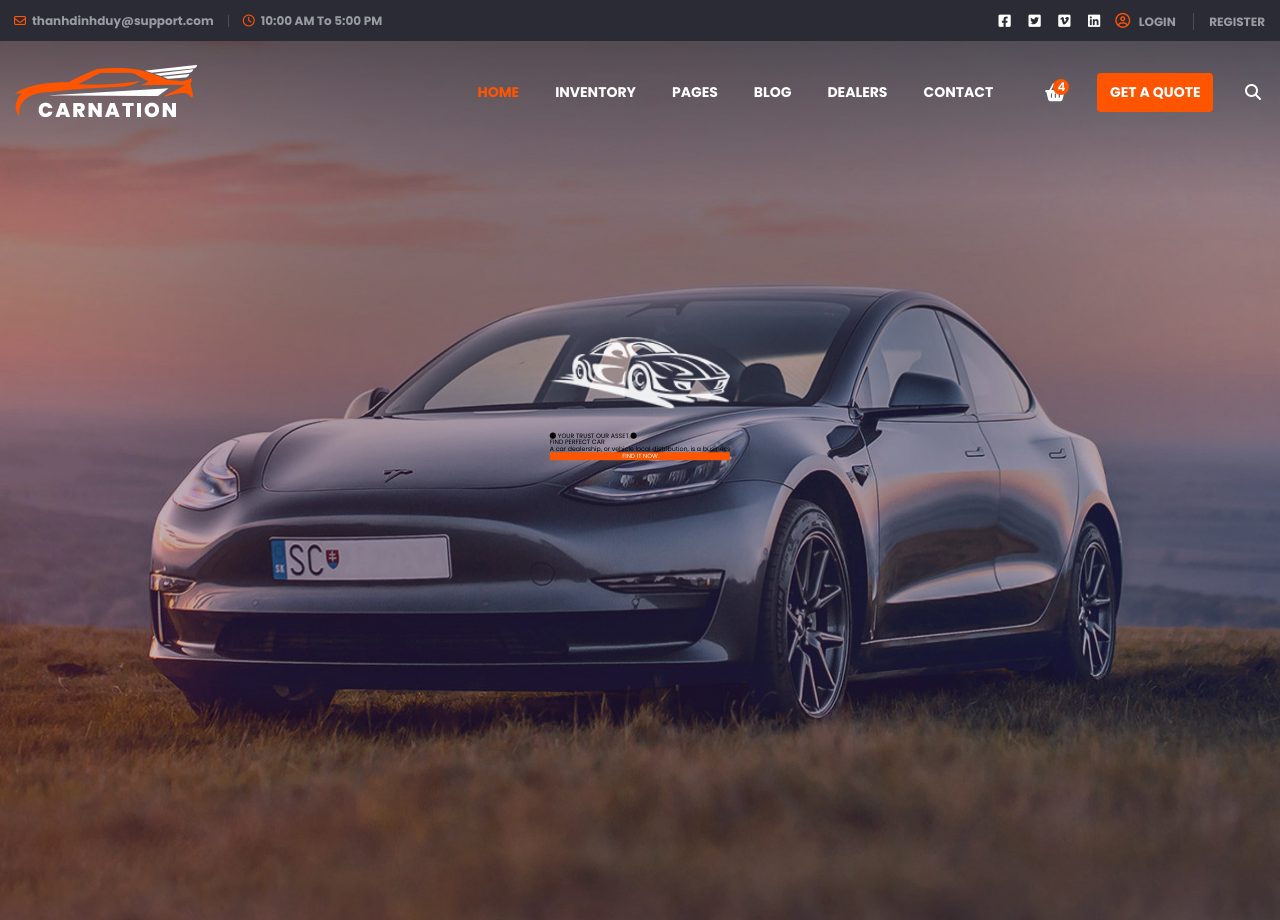
Repository: thanhdinh01/shopcar
Page: index.html
An editor plug-in stored every save of this project. The page is shown before and after the next save, followed by the edit.
The browser window is 1280 px wide. The pictures show the whole page.
Some web libraries are served in a nearby version. The style sheet was rebuilt from its Sass, Less or Tailwind sources for each picture, by a compiler version that may differ from the author's.

Above is the page before, as saved 2022-08-10 21:52:20.

### index.html
<!DOCTYPE html>
<html lang="en">
  <head>
    <meta charset="UTF-8" />
    <meta http-equiv="X-UA-Compatible" content="IE=edge" />
    <meta name="viewport" content="width=device-width, initial-scale=1.0" />
    <title>Increase follower on social media</title>
    <link
      rel="stylesheet"
      href="https://cdnjs.cloudflare.com/ajax/libs/font-awesome/6.1.2/css/all.min.css"
      integrity="sha512-1sCRPdkRXhBV2PBLUdRb4tMg1w2YPf37qatUFeS7zlBy7jJI8Lf4VHwWfZZfpXtYSLy85pkm9GaYVYMfw5BC1A=="
      crossorigin="anonymous"
      referrerpolicy="no-referrer"
    />
    <link
      href="https://fonts.googleapis.com/css2?family=Poppins:wght@300;400;500;600;700&display=swap"
      rel="stylesheet"
    />
    <link rel="stylesheet" href="./css/reset.css" />
    <link rel="stylesheet" href="./css/style.css" />
  </head>

  <body>
    <div class="main">
      <!-- HEADER -->
      <header class="header">
        <div class="header-top">
          <div class="container">
            <div class="header-top-container dflex">
              <ul class="header-top-left">
                <li>
                  <i class="fa-regular fa-envelope"></i>
                  <p>thanhdinhduy@support.com</p>
                </li>
                <li>
                  <i class="fa-regular fa-clock"></i>
                  <p>10:00 AM To 5:00 PM</p>
                </li>
              </ul>
              <ul class="header-top-right">
                <li class="header-contact">
                  <a href="#"><i class="fa-brands fa-square-facebook"></i></a>
                  <a href="#"><i class="fa-brands fa-square-twitter"></i></a>
                  <a href="#"><i class="fa-brands fa-square-vimeo"></i></a>
                  <a href="#"><i class="fa-brands fa-linkedin"></i></a>
                </li>
                <li class="header-login">
                  <a href="#" class="login">
                    <i class="fa-regular fa-circle-user"></i> LOGIN
                  </a>
                  <a href="#" class="logup"> REGISTER </a>
                </li>
              </ul>
            </div>
          </div>
        </div>
        <div class="header-navigation">
          <div class="container p15 dflex">
            <div class="nav-logo">
              <a href="#" class="logo-link">
                <img src="./images/header/logo.png" alt="logo" />
              </a>
            </div>
            <div class="nav-total dflex">
              <ul class="nav-list dflex">
                <li class="nav-item active">
                  <a href="#">HOME</a>
                </li>
                <li class="nav-item">
                  <a href="#">INVENTORY </a>
                  <ul class="sub-list">
                    <li class="sub-item">
                      <a href="#">Inventory List</a>
                    </li>
                    <li class="sub-item">
                      <a href="#">Inventory Details</a>
                    </li>
                  </ul>
                </li>
                <li class="nav-item">
                  <a href="#">PAGES</a>
                  <ul class="sub-list">
                    <li class="sub-item">
                      <a href="#">About us</a>
                    </li>
                    <li class="sub-item">
                      <a href="#">Loan Calculator</a>
                    </li>
                    <li class="sub-item">
                      <a href="#">Login Page</a>
                    </li>
                  </ul>
                </li>
                <li class="nav-item">
                  <a href="#">BLOG</a>
                  <ul class="sub-list">
                    <li class="sub-item">
                      <a href="#">Our Blog</a>
                    </li>
                    <li class="sub-item">
                      <a href="#">Blog Details</a>
                    </li>
                  </ul>
                </li>
                <li class="nav-item">
                  <a href="#">DEALERS</a>
                </li>
                <li class="nav-item">
                  <a href="#">CONTACT</a>
                </li>
              </ul>
              <ul class="nav-interact dflex">
                <li class="cart">
                  <a href="#" class="cart-link">
                    <i class="fa-solid fa-basket-shopping"></i>
                  </a>
                  <div class="cart-quantity">4</div>
                  <div class="cart-wrap">
                    <div class="cart-top">
                      <div class="cart-item">
                        <a href="#" class="product-img">
                          <img
                            src="./images/latest-car/t_released_cars_thumb01.jpg"
                            alt=""
                          />
                        </a>
                        <div class="product-desc">
                          <a href="#" class="product-title"
                            >Mercedes-Benz GLE Coupe</a
                          >
                          <span class="product-price">$299</span>
                        </div>
                        <div class="delete-item">
                          <i class="fa-regular fa-trash-can"></i>
                        </div>
                      </div>
                      <div class="cart-item">
                        <a href="#" class="product-img">
                          <img
                            src="./images/latest-car/t_released_cars_thumb01.jpg"
                            alt=""
                          />
                        </a>
                        <div class="product-desc">
                          <a href="#" class="product-title">
                            Mercedes-Benz GLE Coupe
                          </a>
                          <span class="product-price">$299</span>
                        </div>
                        <div class="delete-item">
                          <i class="fa-regular fa-trash-can"></i>
                        </div>
                      </div>
                      <div class="cart-item">
                        <a href="#" class="product-img">
                          <img
                            src="./images/latest-car/t_released_cars_thumb01.jpg"
                            alt=""
                          />
                        </a>
                        <div class="product-desc">
                          <a href="#" class="product-title"
                            >Mercedes-Benz GLE Coupe Benz GLE Coupe</a
                          >
                          <span class="product-price">$299</span>
                        </div>
                        <div class="delete-item">
                          <i class="fa-regular fa-trash-can"></i>
                        </div>
                      </div>
                      <div class="cart-item">
                        <a href="#" class="product-img">
                          <img
                            src="./images/latest-car/t_released_cars_thumb01.jpg"
                            alt=""
                          />
                        </a>
                        <div class="product-desc">
                          <a href="#" class="product-title"
                            >Mercedes-Benz GLE Coupe</a
                          >
                          <span class="product-price">$299</span>
                        </div>
                        <div class="delete-item">
                          <i class="fa-regular fa-trash-can"></i>
                        </div>
                      </div>
                    </div>
                    <div class="cart-bottom">
                      <div class="cart-bottom-price">
                        <p>Total</p>
                        <span>$1000</span>
                      </div>
                      <div class="cart-bottom-buying">
                        <button class="button buy-now">SHOPPING CART</button>
                        <button class="button check-out">CHECK OUT</button>
                      </div>
                    </div>
                  </div>
                </li>
                <li class="quote">
                  <button class="button">GET A QUOTE</button>
                </li>
                <li class="search">
                  <i class="fa-solid fa-magnifying-glass"></i>
                </li>
              </ul>
            </div>
          </div>
        </div>
        <div class="header-main">
          <img src="./images/header/slider_content_icon.png" alt="" />
          <p class="mission">
            <i class="fa-solid fa-circle"></i>
            YOUR TRUST OUR ASSET
            <i class="fa-solid fa-circle"></i>
          </p>
          <h1 class="heading">FIND PERFECT CAR</h1>
          <p class="title">
            A car dealership, or vehicle local distribution, is a business
          </p>
          <button class="button">FIND IT NOW</button>
        </div>
        <div class="header-selection"></div>
      </header>
    </div>
  </body>
</html>

### css/style.scss
@import "reset";
@import "variables";
@import "global";
@import "header";

### css/_variables.scss
$primaryColor: #ff5400;
$blackColor: #000;
$whiteColor: #fff;
$textColor: #9c9c9c;

### css/_global.scss
body,
*,
html {
  font-family: "Poppins", sans-serif;
  font-size: 62.5%;
  box-sizing: border-box;
}

.container {
  max-width: 1440px;
  margin: 0 auto;
}

.dflex {
  display: flex;
  justify-content: space-between;
  align-items: center;
}

.button {
  outline: none;
  border: none;
  color: $whiteColor;
  background-color: $primaryColor;
  line-height: 1;
  cursor: pointer;
}

.p15 {
  padding: 0 15px;
}

### css/_header.scss
.header {
  position: relative;
  background: url("../images/header/banner_bg02.jpg") center/ cover no-repeat;
  height: 920px;
  .header-top {
    max-width: 100%;
    height: 41px;
    background-color: #2b2b35;
    color: #979da0;
    font-size: 1.2rem;
    font-weight: 700;
    &-container,
    .container {
      height: 100%;
    }
    &-left {
      display: flex;
      li:first-child {
        border-right: 1px solid #4f4f4f;
      }
      li {
        display: flex;
        align-items: center;
        padding: 0 14px;
        i {
          color: $primaryColor;
          margin-right: 6px;
        }
      }
    }
    &-right {
      display: flex;
      align-items: center;
      .header-contact {
        a {
          color: $whiteColor;
          margin-left: 15px;
          font-size: 1.4rem;
          text-decoration: none;
          i {
            display: inline-block;
          }
          &:hover {
            color: $primaryColor;
          }
        }
      }
      .header-login {
        a {
          text-decoration: none;
          color: #979da0;
          padding: 0 15px;
          font-size: 12px;
          &:first-child {
            padding-right: 15px;
            border-right: 1px solid #4f4f4f;
            i {
              color: $primaryColor;
              margin-right: 6px;
              font-size: 1.5rem;
            }
          }
          &:hover {
            color: $primaryColor;
          }
        }
      }
    }
  }
  .header-navigation {
    padding-top: 24px;
    position: relative;
    &::after {
      content: "";
      position: absolute;
      left: 0;
      top: 0;
      width: 100%;
      height: 156px;
      background: linear-gradient(to bottom, #151515, transparent);
      opacity: 0.47;
    }
    .nav-logo,
    .nav-total {
      z-index: 1;
    }
    .nav-list {
      margin-right: 30px;
      .nav-item.active {
        a {
          color: $primaryColor;
        }
      }
      .nav-item {
        position: relative;
        a {
          padding: 20px 18px;
          display: inline-block;
          text-decoration: none;
          font-size: 14px;
          font-weight: 700;
          color: $whiteColor;
          &:hover {
            color: $primaryColor;
          }
        }
        &:hover .sub-list {
          opacity: 1;
          visibility: visible;
          transform: scale(1);
        }
        .sub-list {
          position: absolute;
          top: 100%;
          left: 0;
          width: 200px;
          padding: 15px 0;
          background-color: $whiteColor;
          box-shadow: 0px 30px 70px 0px rgb(137 139 142 / 15%);
          transform: scale(1, 0);
          transform-origin: 0 0;
          opacity: 0;
          visibility: hidden;
          transition: all 0.3s ease-in-out;
          .sub-item a {
            color: $blackColor;
            display: block;
            padding: 16px 18px;
            &:hover {
              color: $primaryColor;
            }
          }
        }
      }
    }
    .nav-interact {
      gap: 0 28px;
      .cart {
        position: relative;
        &::before {
          content: "";
          position: absolute;
          right: -50%;
          top: 90%;
          height: 40px;
          width: 90px;
          background: transparent;
        }
        &:hover .cart-wrap {
          opacity: 1;
          visibility: visible;
        }
        .cart-link {
          display: block;
          padding: 4px;
          i {
            font-size: 1.8rem;
            color: $whiteColor;
          }
        }
        &-quantity {
          background-color: $primaryColor;
          color: $whiteColor;
          border-radius: 50%;
          font-size: 1.2rem;
          font-weight: 600;
          width: 16px;
          height: 16px;
          display: flex;
          align-items: center;
          justify-content: center;
          position: absolute;
          right: 0;
          top: 0;
          pointer-events: none;
        }
        .cart-wrap {
          position: absolute;
          right: -80%;
          top: calc(100% + 20px);
          height: 450px;
          width: 350px;
          padding: 15px;
          display: flex;
          flex-direction: column;
          justify-content: space-between;
          background-color: $whiteColor;
          border-radius: 4px;
          opacity: 0;
          visibility: hidden;
          transition: all 0.3s ease-in-out;
          z-index: 10;
          .cart-top {
            max-height: 45%;
            width: 100%;
            overflow: auto;
            flex-shrink: 0;
            .cart-item {
              display: flex;
              // align-items: center;
              gap: 0 20px;
              margin-bottom: 20px;
              .product-img {
                width: 100px;
                height: 90px;
                display: block;
                flex-shrink: 0;
                img {
                  width: 100%;
                  height: 100%;
                  object-fit: cover;
                  display: block;
                }
              }
              .product-desc {
                display: flex;
                flex-direction: column;
                margin: 4px 0;
                .product-title {
                  display: block;
                  font-size: 1.5rem;
                  font-weight: 700;
                  text-decoration: none;
                  color: $blackColor;
                  line-height: 1.4;
                  &:hover {
                    color: $primaryColor;
                  }
                }
                .product-price {
                  display: block;
                  color: #8b8b8b;
                  font-size: 1.4rem;
                  font-weight: 500;
                  margin-top: auto;
                }
              }
              .delete-item {
                display: flex;
                align-items: center;
              }
              i {
                font-size: 1.6rem;
                padding: 0 10px;
                cursor: pointer;
                &:hover {
                  color: $primaryColor;
                }
              }
            }
          }
          .cart-bottom {
            margin-top: 25px;
            flex: 1;
            border-top: 1px solid $textColor;
            display: flex;
            flex-direction: column;
            &-price {
              font-size: 1.4rem;
              font-weight: 500;
              color: #6a6a6a;
              display: flex;
              justify-content: space-between;
              margin: 25px 0;
            }
            &-buying {
              // display: flex;
              // flex-direction: column;
              margin-top: auto;
              .button {
                display: block;
                padding: 22px;
                width: 100%;
                margin: 8px 0;
                font-size: 1.3rem;
                font-weight: 500;
                letter-spacing: 2px;
              }
              .check-out {
                background-color: #222;
                &:hover {
                  opacity: 0.9;
                }
              }
              .buy-now:hover {
                opacity: 0.9;
              }
            }
          }
        }
      }
      .quote {
        button {
          color: $whiteColor;
          font-size: 1.4rem;
          font-weight: 700;
          padding: 12.5px;
          border-radius: 4px;
          min-width: 44px;
          cursor: pointer;
          transition: all 0.3s ease;
          &:hover {
            background-color: $blackColor;
          }
        }
      }
      .search {
        i {
          display: block;
          font-size: 1.6rem;
          padding: 4px;
          color: $whiteColor;
          cursor: pointer;
        }
      }
    }
  }
  .header-main {
    position: absolute;
    top: 50%;
    left: 50%;
    transform: translate(-50%, -100%);
    display: flex;
    flex-direction: column;
    justify-content: center;
    img {
      margin-bottom: 25px;
    }
  }
}

Loaded but not shown: css/reset.css (common file); css/_reset.scss (common file)

After the next save:
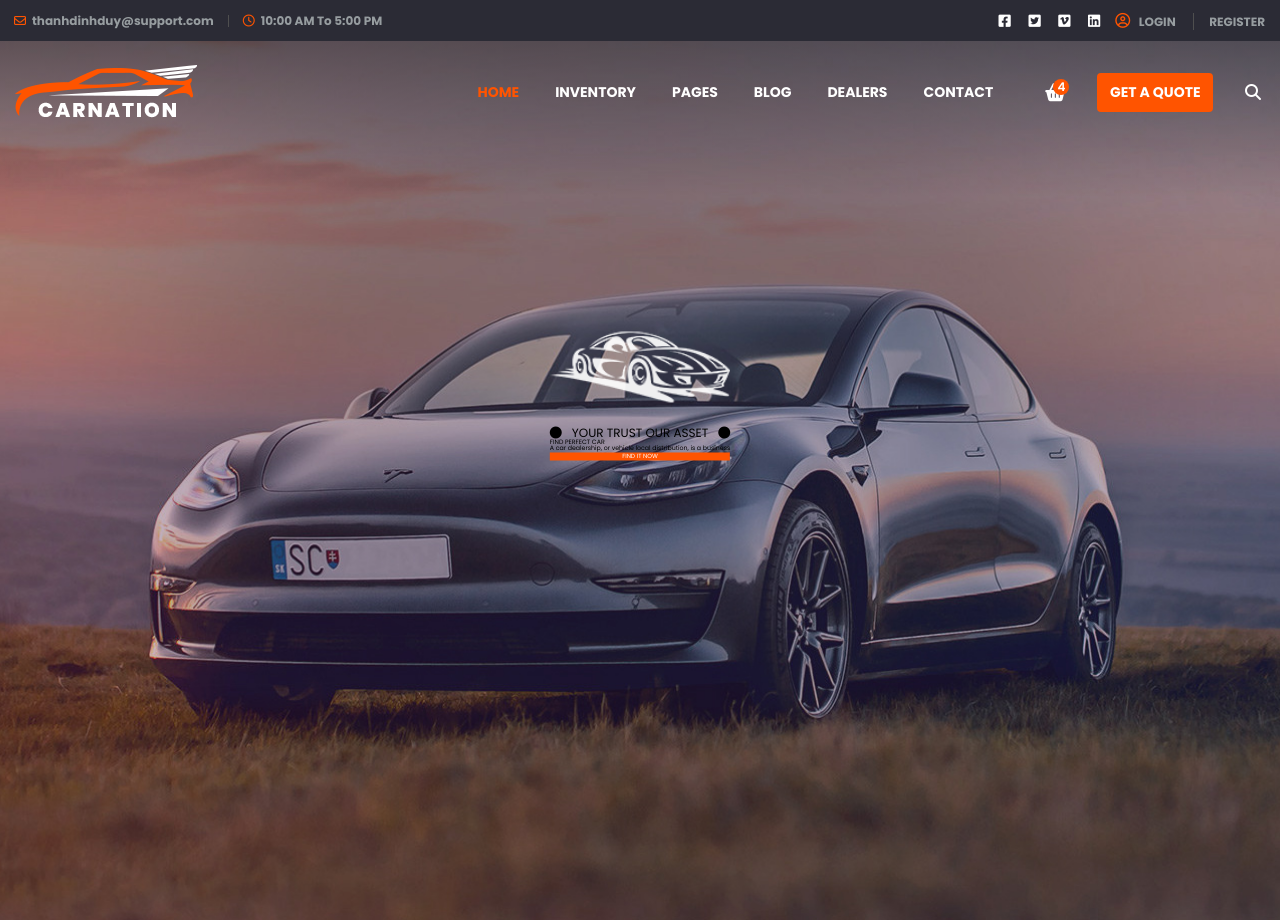
Saved 61 s later.
--- a/css/_header.scss
+++ b/css/_header.scss
@@ -326,5 +326,10 @@
     img {
       margin-bottom: 25px;
     }
+    .mission {
+      font-size: 1.2rem;
+      display: flex;
+      justify-content: space-between;
+    }
   }
 }
